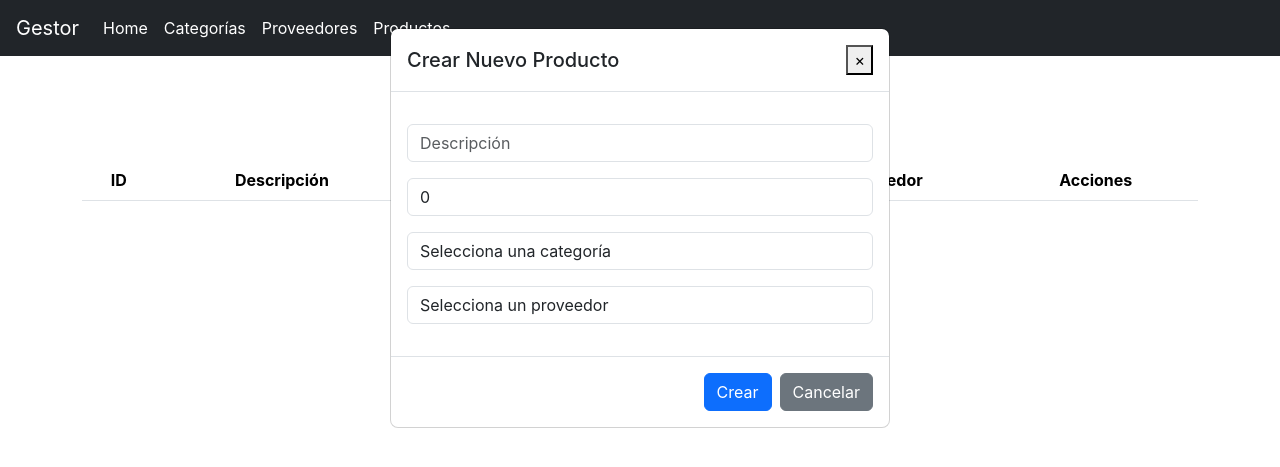
Repository: SantiagoGuaman/gestor-app
Page: /products, after clicking the first element matching `button.btn`
These files come from the project's save history. The page is drawn as it stood at one moment and after a run of saves; the edit follows.
The browser window is 1280 px wide. The pictures show the whole page.
The page's requests for data from a server got no answer. The project was rebuilt for these pictures with package versions that can differ from the ones it lists, and the page was loaded fresh each time. No one was signed in, and anything a server would have sent is missing. Also part of the build but not shown: src/App.css, src/Categories/GetDataCategories.js, src/Proveedores/GetDataProviders.js, src/HomePage/HomePage.js.

Above is the page before, as saved 2024-02-15 12:13:23.

### public/index.html
<!DOCTYPE html>
<html lang="en">
  <head>
    <meta charset="utf-8" />
    <link rel="icon" href="%PUBLIC_URL%/favicon.ico" />
    <meta name="viewport" content="width=device-width, initial-scale=1" />
    <meta name="theme-color" content="#000000" />
    <meta
      name="description"
      content="Web site created using create-react-app"
    />
    <link rel="apple-touch-icon" href="%PUBLIC_URL%/logo192.png" />
    <!--
      manifest.json provides metadata used when your web app is installed on a
      user's mobile device or desktop. See https://developers.google.com/web/fundamentals/web-app-manifest/
    -->
    <link href="https://cdn.jsdelivr.net/npm/bootstrap@5.3.2/dist/css/bootstrap.min.css" rel="stylesheet" integrity="sha384-T3c6CoIi6uLrA9TneNEoa7RxnatzjcDSCmG1MXxSR1GAsXEV/Dwwykc2MPK8M2HN" crossorigin="anonymous">
    <link rel="manifest" href="%PUBLIC_URL%/manifest.json" />
    <!--
      Notice the use of %PUBLIC_URL% in the tags above.
      It will be replaced with the URL of the `public` folder during the build.
      Only files inside the `public` folder can be referenced from the HTML.

      Unlike "/favicon.ico" or "favicon.ico", "%PUBLIC_URL%/favicon.ico" will
      work correctly both with client-side routing and a non-root public URL.
      Learn how to configure a non-root public URL by running `npm run build`.
    -->
    <title>Gestor APP</title>
  </head>
  <body>
    <noscript>You need to enable JavaScript to run this app.</noscript>
    <div id="root"></div>
    <!--
      This HTML file is a template.
      If you open it directly in the browser, you will see an empty page.

      You can add webfonts, meta tags, or analytics to this file.
      The build step will place the bundled scripts into the <body> tag.

      To begin the development, run `npm start` or `yarn start`.
      To create a production bundle, use `npm run build` or `yarn build`.
    -->
  </body>
  <script src="https://cdn.jsdelivr.net/npm/bootstrap@5.3.2/dist/js/bootstrap.bundle.min.js" integrity="sha384-C6RzsynM9kWDrMNeT87bh95OGNyZPhcTNXj1NW7RuBCsyN/o0jlpcV8Qyq46cDfL" crossorigin="anonymous"></script>
</html>

### src/App.js
import { BrowserRouter, Route, Routes } from 'react-router-dom';
import './App.css';
import GetDataCategories from './Categories/GetDataCategories';
import NavBar from './NavBar/NavBar';
import GetDataProviders from './Proveedores/GetDataProviders';
import HomePage from './HomePage/HomePage';
import GetDataProducts from './Productos/GetDataProducts';

function App() {
  return (
    <BrowserRouter>
      <NavBar />
      <Routes>
        <Route exact path='/' element={<HomePage />} />
        <Route exact path='/categories' element={<GetDataCategories />} />
        <Route exact path='/providers' element={<GetDataProviders />} />
        <Route exact path='/products' element={<GetDataProducts />} />
      </Routes>
    </BrowserRouter>
  );
}

export default App;

### src/NavBar/NavBar.js
import React from 'react'
import { Link } from 'react-router-dom'
import './NavBar.css';

function NavBar() {
    return (
        <nav className="navbar navbar-expand-lg navbar-light bg-dark lg">
            <Link className="navbar-brand ms-3" to="/">Gestor</Link>
            <button className="navbar-toggler" type="button" data-toggle="collapse" data-target="#navbarNav" aria-controls="navbarNav" aria-expanded="false" aria-label="Toggle navigation">
                <span className="navbar-toggler-icon"></span>
            </button>
            <div className="collapse navbar-collapse" id="navbarNav">
                <ul className="navbar-nav" >
                    <li className="nav-item active">
                        <Link className="nav-link" to="/">Home</Link>
                    </li>
                    <li className="nav-item">
                        <Link className="nav-link" to="/categories">Categorías</Link>
                    </li>
                    <li className="nav-item">
                        <Link className="nav-link" to="/providers">Proveedores</Link>
                    </li>
                    <li className="nav-item">
                        <Link className="nav-link" to="/products">Productos</Link>
                    </li>
                </ul>
            </div>
        </nav>
    )
}

export default NavBar

### src/Productos/GetDataProducts.js
import React, { useEffect, useState } from 'react'

function GetDataProducts() {

    const endPoint = 'http://localhost:8080/api/productos';
    const endPointC = 'http://localhost:8080/api/categorias';
    const endPointP = 'http://localhost:8080/api/proveedores';


    const [categorias, setCategorias] = useState([]);
    const [proveedores, setProveedores] = useState([]);
    const [productos, setProductos] = useState([]);
    const [newProducto, setNewProducto] = useState({
        descripcion: '',
        precio: 0,
        categoria: '',
        proveedor: ''
    });

    const [editProducto, setEditProducto] = useState({
        descripcion: '',
        precio: 0,
        categoria: '',
        proveedor: ''
    });

    const [isCreateModalOpen, setCreateModalOpen] = useState(false);

    const fetchData = async () => {
        try {
            const response = await fetch(endPoint);
            if (response.ok) {
                const data = await response.json();
                setProductos(data);
            }
        } catch (error) {
            console.error("Error fetching data:", error);
        }
    };

    const fetchDataCategories = async () => {
        try {
            const response = await fetch(endPointC);
            if (response.ok) {
                const data = await response.json();
                setCategorias(data);
            }
        } catch (error) {
            console.error("Error fetching data:", error);
        }
    };

    const fetchDataProveedores = async () => {
        try {
            const response = await fetch(endPointP);
            if (response.ok) {
                const data = await response.json();
                setProveedores(data);
            }
        } catch (error) {
            console.error("Error fetching data:", error);
        }
    };

    const handleCreate = async () => {
        try {
            const response = await fetch(endPoint, {
                method: 'POST',
                headers: {
                    'Content-Type': 'application/json',
                },
                body: JSON.stringify(newProducto),
            });

            if (response.ok) {
                console.log('Producto creado exitosamente');
                fetchData();
                setNewProducto({
                    descripcion: '',
                    categoria: '',
                    proveedor: ''
                });
                setCreateModalOpen(false);
            } else {
                console.error('Error al crear el Producto');
            }
        } catch (error) {
            console.error('Error al procesar la solicitud de creación:', error);
        }
    };

    const handleEdit = (producto) => {
        console.log(producto)
        setEditProducto(producto);
    };

    const handleUpdate = async () => {
        try {
            const response = await fetch(`${endPoint}/${editProducto.id_producto}`, {
                method: 'PUT',
                headers: {
                    'Content-Type': 'application/json',
                },
                body: JSON.stringify(editProducto),
            });

            if (response.ok) {
                console.log('Producto actualizado exitosamente');
                fetchData();
                setEditProducto({
                    descripcion: '',
                    precio: 0,
                    categoria: '',
                    proveedor: ''
                });
            } else {
                console.error('Error al actualizar el Producto');
            }
        } catch (error) {
            console.error('Error al procesar la solicitud de actualización:', error);
        }
    };

    const handleDelete = async (id) => {
        try {
            const response = await fetch(`${endPoint}/${id}`, {
                method: 'DELETE',
            });

            if (response.ok) {
                console.log('Producto eliminado exitosamente');
                fetchData();
            } else {
                console.error('Error al eliminar el Producto');
            }
        } catch (error) {
            console.error('Error al procesar la solicitud de eliminación:', error);
        }
    }

    useEffect(() => {
        fetchData();
    }, []);

    useEffect(() => {
        fetchDataCategories();
    }, []);

    useEffect(() => {
        fetchDataProveedores();
    }, []);

    return (
        <div className='container text-center mt-5'>
            <h1>Lista de Productos</h1>
            <table className="table table-hover">
                <thead>
                    <tr>
                        <th>ID</th>
                        <th>Descripción</th>
                        <th>Precio</th>
                        <th>Categoría</th>
                        <th>Proveedor</th>
                        <th>Acciones</th>
                    </tr>
                </thead>
                <tbody>
                    {productos.map((producto) => (
                        <tr key={producto.id_producto}>
                            <td>{producto.id_producto}</td>
                            <td>{producto.descripcion}</td>
                            <td>{producto.precio}</td>
                            <td>{producto.categoria.descripcion}</td>
                            <td>{producto.proveedor.nombre}</td>
                            <td>
                                <button className='btn btn-secondary btn-sm me-2' onClick={() => handleEdit(producto)}>Editar</button>
                                <button className='btn btn-danger btn-sm' onClick={() => handleDelete(producto.id_producto)}>Eliminar</button>
                            </td>
                        </tr>
                    ))}
                </tbody>
            </table>
            <button className='btn btn-primary btn-sm' onClick={() => setCreateModalOpen(true)}>Crear Producto</button>
            {isCreateModalOpen && (
                <div className="modal" tabIndex="-1" role="dialog" style={{ display: 'block' }}>
                    <div className="modal-dialog" role="document">
                        <div className="modal-content">
                            <div className="modal-header">
                                <h5 className="modal-title">Crear Nuevo Producto</h5>
                                <button type="button" className="close" data-dismiss="modal" aria-label="Close" onClick={() => setCreateModalOpen(false)}>
                                    <span aria-hidden="true">&times;</span>
                                </button>
                            </div>

                            <div className="modal-body" style={{ display: 'flex', flexDirection: 'column' }}>
                                <input className='form-control mt-3'
                                    type="text"
                                    placeholder="Descripción"
                                    value={newProducto.descripcion}
                                    onChange={(e) => setNewProducto({ ...newProducto, descripcion: e.target.value })}
                                />
                                <input className='form-control mt-3'
                                    type="number"
                                    value={newProducto.precio}
                                    onChange={(e) => setNewProducto({ ...newProducto, precio: e.target.value })}
                                />
                                <select className='form-control mt-3' value={newProducto.categoria} onChange={(e) => setNewProducto({ ...newProducto, categoria: e.target.value })}>
                                    <option value="">Selecciona una categoría</option>
                                    {/* Aquí puedes mapear sobre tus categorías y generar opciones */}
                                    {categorias.map(categoria => (
                                        <option key={categoria.id_categoria} value={categoria.id_categoria}>{categoria.descripcion}</option>
                                    ))}
                                </select>
                                <select className='form-control mt-3' value={newProducto.proveedor} onChange={(e) => setNewProducto({ ...newProducto, proveedor: e.target.value })}>
                                    <option value="">Selecciona un proveedor</option>
                                    {/* Aquí puedes mapear sobre tus proveedores y generar opciones */}
                                    {proveedores.map(proveedor => (
                                        <option key={proveedor.id_proveedor} value={proveedor.id_proveedor}>{proveedor.nombre}</option>
                                    ))}
                                </select>
                            </div>
                            <div className="modal-footer mt-3">
                                <button type="button" className="btn btn-primary" onClick={handleCreate}>Crear</button>
                                <button type="button" className="btn btn-secondary" onClick={() => setCreateModalOpen(false)}>Cancelar</button>
                            </div>
                        </div>
                    </div>
                </div>

            )}

            {editProducto.id_producto && (
                <div>
                    <h2>Editar Producto</h2>
                    <input
                        type="text"
                        value={editProducto.descripcion}
                        onChange={(e) => setEditProducto({ ...editProducto, descripcion: e.target.value })}
                    />
                    <input className='form-control mt-3'
                        type="number"
                        value={editProducto.precio}
                        onChange={(e) => setEditProducto({ ...editProducto, precio: e.target.value })}
                    />
                    <select className='form-control mt-3' value={editProducto.categoria} onChange={(e) => setEditProducto({ ...editProducto, categoria: e.target.value })}>
                        <option value="">Selecciona una categoría</option>
                        {/* Aquí puedes mapear sobre tus categorías y generar opciones */}
                        {categorias.map(categoria => (
                            <option key={categoria.id_categoria} value={categoria.id_categoria}>{categoria.descripcion}</option>
                        ))}
                    </select>
                    <select className='form-control mt-3' value={editProducto.proveedor} onChange={(e) => setEditProducto({ ...editProducto, proveedor: e.target.value })}>
                        <option value="">Selecciona un proveedor</option>
                        {/* Aquí puedes mapear sobre tus proveedores y generar opciones */}
                        {proveedores.map(proveedor => (
                            <option key={proveedor.id_proveedor} value={proveedor.id_proveedor}>{proveedor.nombre}</option>
                        ))}
                    </select>
                    <button className='btn btn-success' onClick={handleUpdate}>Guardar</button>
                </div>
            )}
        </div>
    );
}

export default GetDataProducts

### src/NavBar/NavBar.css
.nav-link {
    color: #FFFFFF;
}

.nav-link:hover {
    color: #eae9e98c;
}

.navbar-brand {
    color: #FFFFFF;
}

Loaded but not shown: src/index.js (common file); src/index.css (common file); src/reportWebVitals.js (common file)

After the next 2 saves:
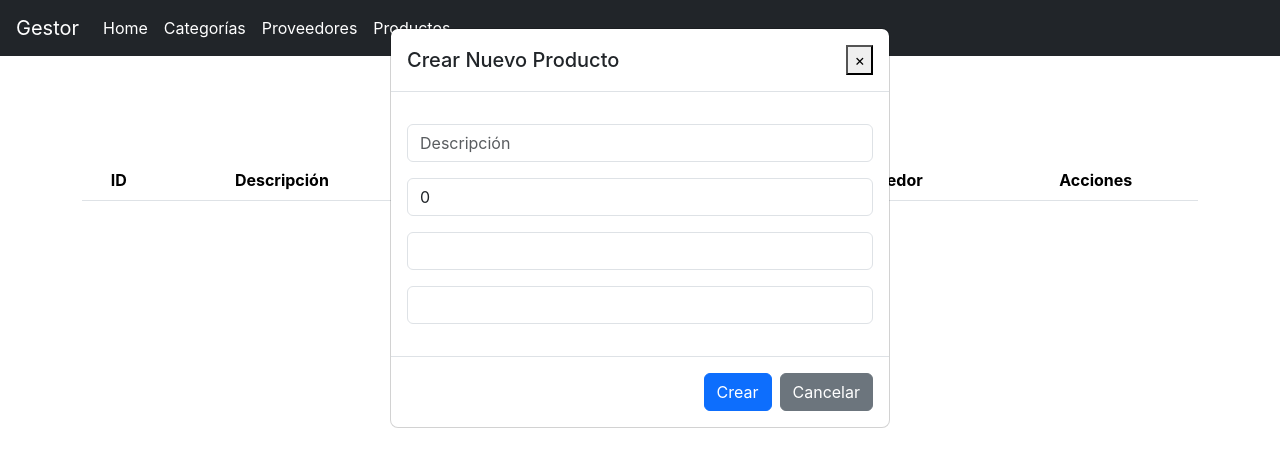
The 2 saves are shown as one change because they came seconds apart.
The last was saved 25 s later.
--- a/src/Productos/GetDataProducts.js
+++ b/src/Productos/GetDataProducts.js
@@ -205,14 +205,12 @@
                                     onChange={(e) => setNewProducto({ ...newProducto, precio: e.target.value })}
                                 />
                                 <select className='form-control mt-3' value={newProducto.categoria} onChange={(e) => setNewProducto({ ...newProducto, categoria: e.target.value })}>
-                                    <option value="">Selecciona una categoría</option>
                                     {/* Aquí puedes mapear sobre tus categorías y generar opciones */}
                                     {categorias.map(categoria => (
                                         <option key={categoria.id_categoria} value={categoria.id_categoria}>{categoria.descripcion}</option>
                                     ))}
                                 </select>
                                 <select className='form-control mt-3' value={newProducto.proveedor} onChange={(e) => setNewProducto({ ...newProducto, proveedor: e.target.value })}>
-                                    <option value="">Selecciona un proveedor</option>
                                     {/* Aquí puedes mapear sobre tus proveedores y generar opciones */}
                                     {proveedores.map(proveedor => (
                                         <option key={proveedor.id_proveedor} value={proveedor.id_proveedor}>{proveedor.nombre}</option>

After the save that followed:
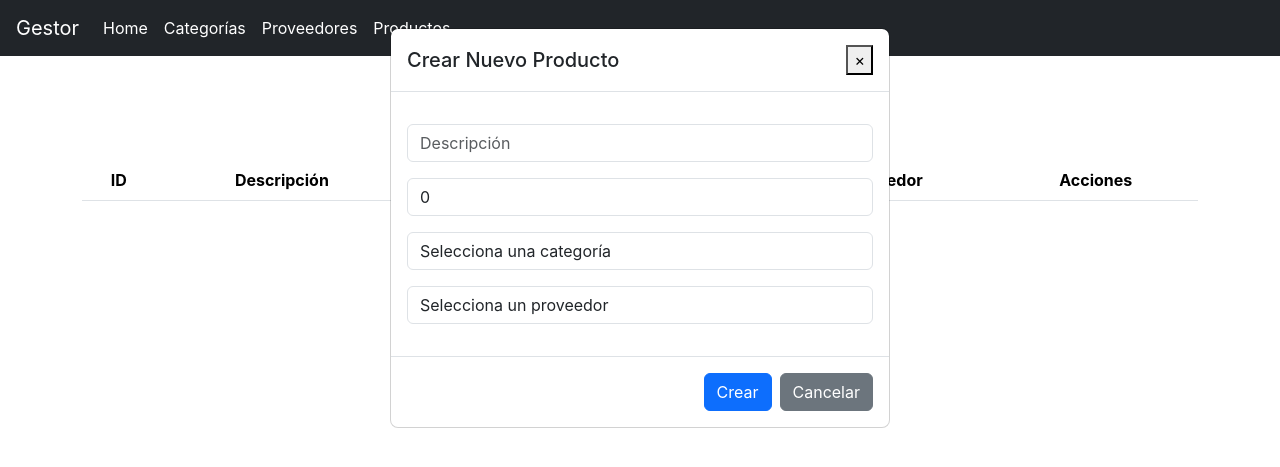
Saved 12 s later.
--- a/src/Productos/GetDataProducts.js
+++ b/src/Productos/GetDataProducts.js
@@ -205,12 +205,14 @@
                                     onChange={(e) => setNewProducto({ ...newProducto, precio: e.target.value })}
                                 />
                                 <select className='form-control mt-3' value={newProducto.categoria} onChange={(e) => setNewProducto({ ...newProducto, categoria: e.target.value })}>
+                                    <option value="">Selecciona una categoría</option>
                                     {/* Aquí puedes mapear sobre tus categorías y generar opciones */}
                                     {categorias.map(categoria => (
                                         <option key={categoria.id_categoria} value={categoria.id_categoria}>{categoria.descripcion}</option>
                                     ))}
                                 </select>
                                 <select className='form-control mt-3' value={newProducto.proveedor} onChange={(e) => setNewProducto({ ...newProducto, proveedor: e.target.value })}>
+                                    <option value="">Selecciona un proveedor</option>
                                     {/* Aquí puedes mapear sobre tus proveedores y generar opciones */}
                                     {proveedores.map(proveedor => (
                                         <option key={proveedor.id_proveedor} value={proveedor.id_proveedor}>{proveedor.nombre}</option>
